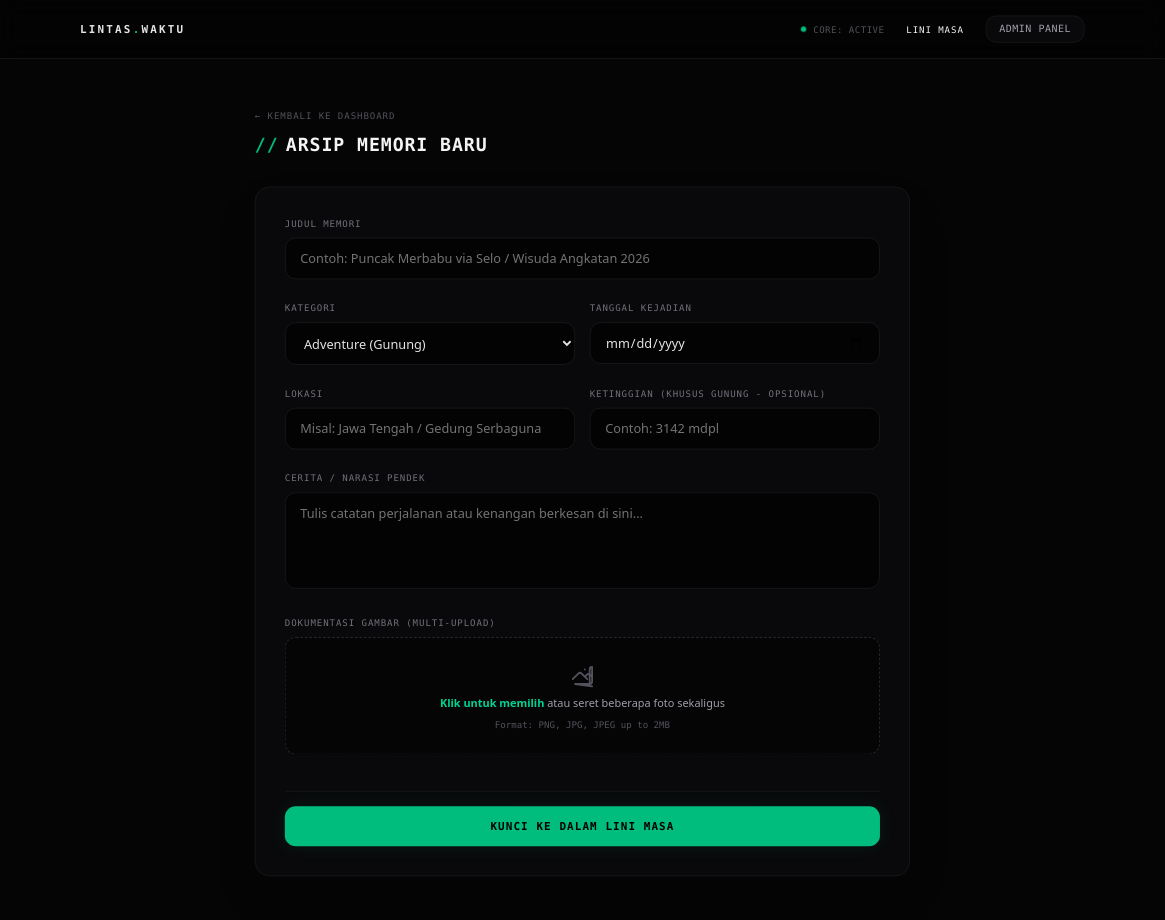
Repository: Tenno1208/lintas-waktu
Page: resources/views/admin/create.blade.php
An editor plug-in stored every save of this project. The page is shown before and after the next save, followed by the edit.
The browser window is 1280 px wide. The pictures show the whole page, at 91% of full size.
The page is served by the project's Laravel application, run on PHP 8.4 with Laravel 12. Style sheets and scripts are compiled from the project's sources, by tool versions that may differ from the author's. The template is opened directly, without the code that normally fills it, so the values that code supplies are empty.

Above is the page before, as saved 2026-05-16 21:32:04.

After the next save:
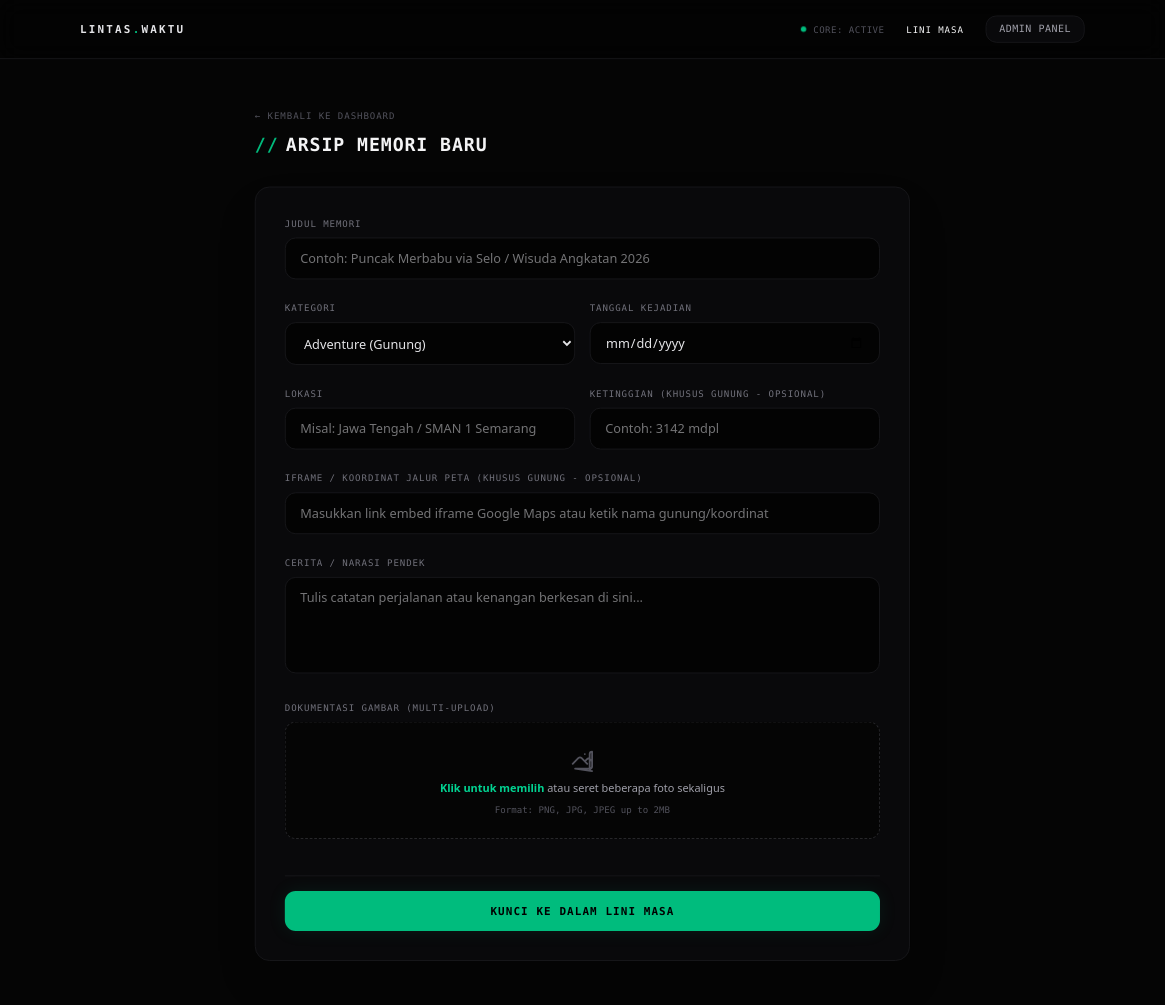
Saved 12 s later.
--- a/resources/views/admin/create.blade.php
+++ b/resources/views/admin/create.blade.php
@@ -35,12 +35,17 @@
             <div class="grid grid-cols-1 md:grid-cols-2 gap-4">
                 <div>
                     <label class="block text-[10px] font-mono text-zinc-500 uppercase tracking-widest mb-2 select-none">Lokasi</label>
-                    <input type="text" name="location" placeholder="Misal: Jawa Tengah / Gedung Serbaguna" class="w-full bg-[#030303] border border-zinc-900 focus:border-emerald-500/50 rounded-xl px-4 py-3 text-sm text-zinc-200 focus:outline-none transition-all">
+                    <input type="text" name="location" placeholder="Misal: Jawa Tengah / SMAN 1 Semarang" class="w-full bg-[#030303] border border-zinc-900 focus:border-emerald-500/50 rounded-xl px-4 py-3 text-sm text-zinc-200 focus:outline-none transition-all">
                 </div>
                 <div>
                     <label class="block text-[10px] font-mono text-zinc-500 uppercase tracking-widest mb-2 select-none">Ketinggian (Khusus Gunung - Opsional)</label>
                     <input type="number" name="height_mdpl" placeholder="Contoh: 3142 mdpl" class="w-full bg-[#030303] border border-zinc-900 focus:border-emerald-500/50 rounded-xl px-4 py-3 text-sm text-zinc-200 focus:outline-none transition-all">
                 </div>
+            </div>
+
+            <div>
+                <label class="block text-[10px] font-mono text-zinc-500 uppercase tracking-widest mb-2 select-none">Iframe / Koordinat Jalur Peta (Khusus Gunung - Opsional)</label>
+                <input type="text" name="gpx_track" placeholder="Masukkan link embed iframe Google Maps atau ketik nama gunung/koordinat" class="w-full bg-[#030303] border border-zinc-900 focus:border-emerald-500/50 rounded-xl px-4 py-3 text-sm text-zinc-200 focus:outline-none transition-all">
             </div>
 
             <div>
